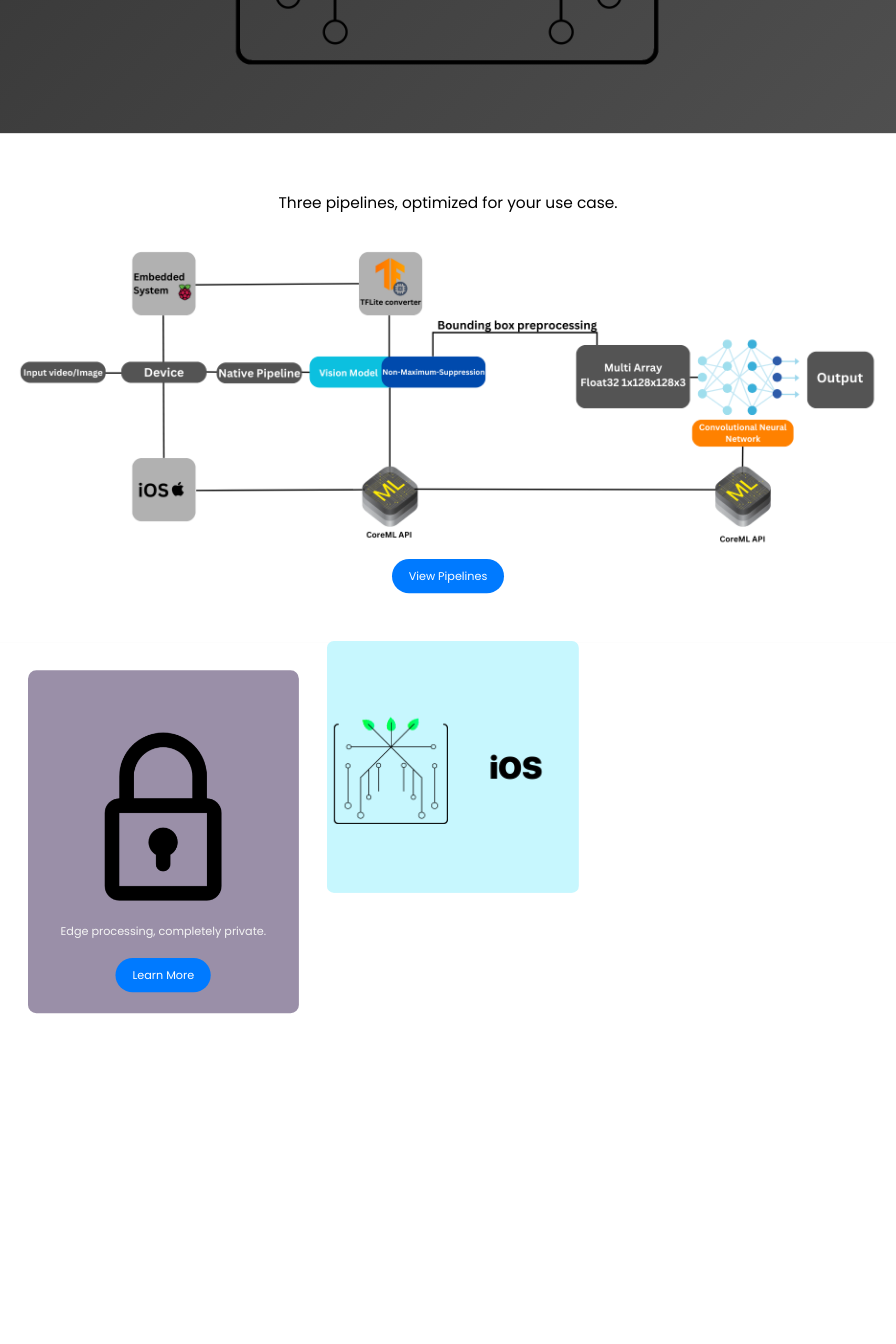
Repository: jss1118/The-Deeproot-Project
Page: Website/index.html
The author's editor kept a copy of each file at every save. The page is drawn from the files as they stood at one save, then again after the next save.
The browser window is 1280 px wide. The pictures show the part of the page from y = 991 to 2911 px (the page is 3212 px tall), at 70% of full size.

Above is the page before, as saved 2025-03-21 13:29:26.

### Website/index.html
<!DOCTYPE html>
<html lang="en">

<head>
  <meta charset="UTF-8">
  <meta name="viewport" content="width=device-width, initial-scale=1.0">
  <title>Deeproot A.I</title>
  <link href="https://fonts.googleapis.com/css2?family=Poppins:wght@400;600&display=swap" rel="stylesheet">
  <style>
    body {
      margin: 0;
      font-family: 'Poppins', sans-serif;
      overflow-x: hidden;
      background-color: #f5f5f5;
    }

    nav {
      background: rgba(22, 22, 22, 0.9);
      position: sticky;
      top: 0;
      width: 100%;
      z-index: 1000;
      display: flex;
      justify-content: center;
    }

    .navlinks {
      list-style: none;
      display: flex;
      gap: 30px;
      padding: 15px;
      margin: 0;
    }

    .navlink, .navicon svg {
      color: #d3d3d3;
      text-decoration: none;
      transition: color 0.3s;
    }

    .navlink:hover, .mainpagelink a:hover {
      color: white;
    }

    .mainpage2, .mainpage3, .mainpage4 {
      padding: 60px 20px;
      text-align: center;
    }

    .mainpage2 {
      background: linear-gradient(135deg, #2e2e2e, #4f4f4f);
      color: white;
    }

    .mainpage2 img, .mainpage3 img, .promo1 img {
      max-width: 100%;
      height: auto;

    }

    .mp2-title1 {
      font-size: 56px;
      font-weight: 600;
      margin-bottom: 15px;
    }

    .mp2-desc, .mp3desc {
      font-size: 22px;
      margin-bottom: 25px;
    }

    .mainpagelink a {
      display: inline-block;
      margin: 10px;
      padding: 12px 24px;
      background: #007aff;
      color: white;
      border-radius: 25px;
      text-decoration: none;
      transition: background 0.3s;
    }

    .mainpage3 {
      background: white;
    }

    .mainpage3 img {
      margin-top: 20px;
      border-radius: 12px;
    }

    .mainpage4 {
      display: grid;
      grid-template-columns: repeat(auto-fit, minmax(300px, 1fr));
      gap: 20px;
      background-color: white;
      padding: 40px;
    }

    .promo1, .promo2, .promo3, .promo4, .promo5, .promo6 {
      background-size: cover;
      background-position: center;
      height: 450px;
      display: flex;
      flex-direction: column;
      justify-content: flex-end;
      padding: 20px;
      color: white;
      border-radius: 12px;
      position: relative;
    }

    .promo1 img, .promo2 img, .promo3 img, .promo4 img, .promo5 img, .promo6 img {
      margin-bottom: 10px;
    }

    .promo1 {
      background-color: #9a8fa8;
      color: #f5f5f5;
    }

    .promo1 img {
      width: 240px;
      height: auto;
      margin: 0 auto 15px auto;
      display: block;
      background: none;
    }

    .promo2 img {
      width: 360px;
      height: auto;
      margin: 0 auto 15px auto;
      display: block;
      border-radius: 10px;
      background-color: rgb(199, 247, 254);
      position: relative;
      bottom: 30px;
    }

    footer {
      background-color: #2e2e2e;
      color: #ccc;
      text-align: center;
      padding: 30px 20px;
      margin-top: 40px;
    }

    footer a {
      color: #007aff;
      text-decoration: underline;
    }

    @media (max-width: 768px) {
      .mp2-title1 { font-size: 40px; }
      .mp2-desc, .mp3desc { font-size: 18px; }
      .mainpagelink a { padding: 10px 20px; }
    }
  </style>
</head>

<body>
  <nav>
    <ul class="navlinks">
      <li><a class="navlink" href="/">iOS</a></li>
      <li><a class="navlink" href="/applestore">Raspberry Pi 5</a></li>
      <li><a class="navlink" href="/">Native</a></li>
      <li><a class="navlink" href="/">State-of-the-art Models</a></li>
      <li><a class="navlink" href="/">Developers</a></li>
    </ul>
  </nav>

  <section class="mainpage2">
    <h1 class="mp2-title1">Deeproot</h1>
    <p class="mp2-desc">Portable. Fast. Secure.</p>
    <p class="mp2-desc">The all-in-one automated solution for early plant disease detection.</p>
    <div class="mainpagelink"><a href="#">Learn More</a></div>
    <img src="wide logo.png" alt="Deeproot Logo">
  </section>

  <section class="mainpage3">
    <p class="mp3desc">Three pipelines, optimized for your use case.</p>
    <img src="newgraph.png" alt="Machine Learning Pipelines">
    <div class="mainpagelink"><a href="#">View Pipelines</a></div>
  </section>

  <section class="mainpage4">
    <div class="promo1">
      <img src="lock.fill.png" alt="Promo icon">
      <p>Edge processing, completely private.</p>
      <div class="mainpagelink"><a href="#">Learn More</a></div>
    </div>
    <div class="promo2">
      <img src="deeprootios.png" alt="ios icon">
      <p>Acess plant disease detection from the palm of your hand. No additional hardware required.</p>
    </div>


    <div class="promo3"></div>
    <div class="promo4"></div>
    <div class="promo5"></div>
    <div class="promo6"></div>
  </section>

  <footer>
    <p>The Deeproot Project by <a href="https://github.com/iamreiyn">Josh Stanley</a></p>
    <p>Deeproot started by Josh Stanley as an 8th grade science project and grew into a full application, helping farmers detect plant diseases early. It combines deep learning and computer vision to protect crops in a cost-effective and automated way.</p>
  </footer>
</body>
</html>

After the next save:
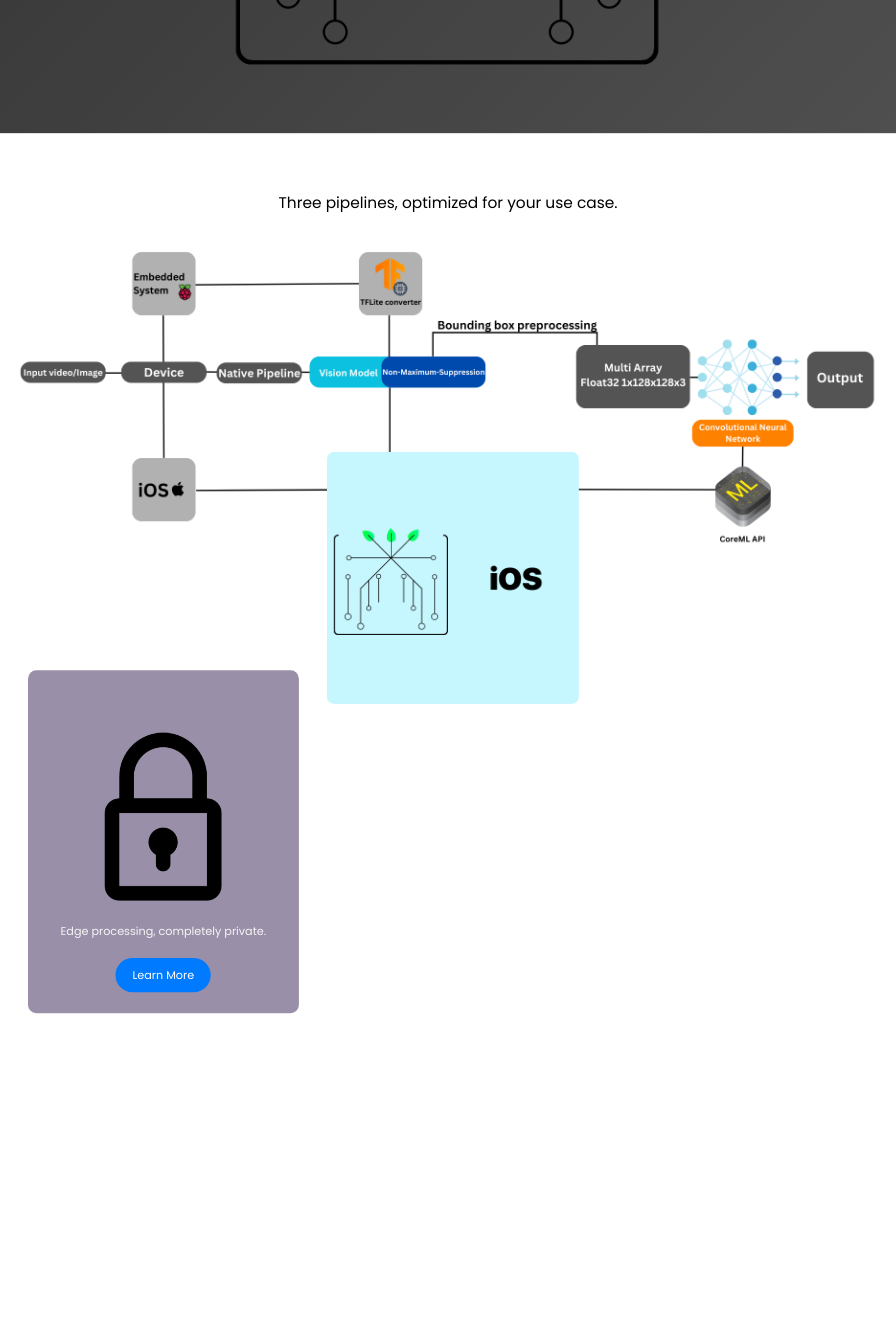
Saved 47 s later.
--- a/Website/index.html
+++ b/Website/index.html
@@ -135,7 +135,7 @@
       border-radius: 10px;
       background-color: rgb(199, 247, 254);
       position: relative;
-      bottom: 30px;
+      bottom: 300px;
     }
 
     footer {
@@ -192,7 +192,7 @@
     </div>
     <div class="promo2">
       <img src="deeprootios.png" alt="ios icon">
-      <p>Acess plant disease detection from the palm of your hand. No additional hardware required.</p>
+      <p class="deeprootfont">Acess plant disease detection from the palm of your hand. No additional hardware required.</p>
     </div>
 
 

After the save that followed:
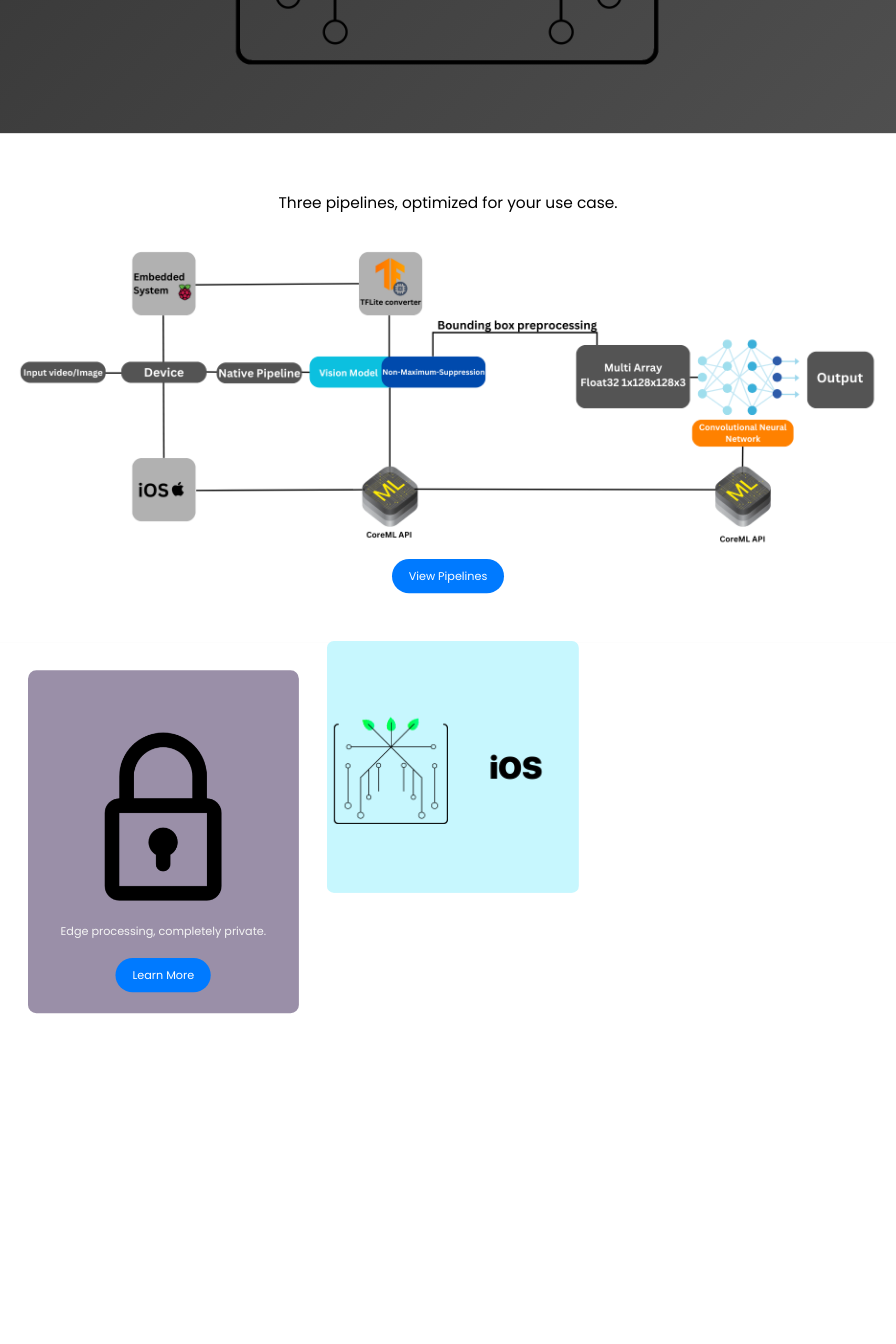
Saved 4 s later.
--- a/Website/index.html
+++ b/Website/index.html
@@ -135,7 +135,7 @@
       border-radius: 10px;
       background-color: rgb(199, 247, 254);
       position: relative;
-      bottom: 300px;
+      bottom: 30px;
     }
 
     footer {
